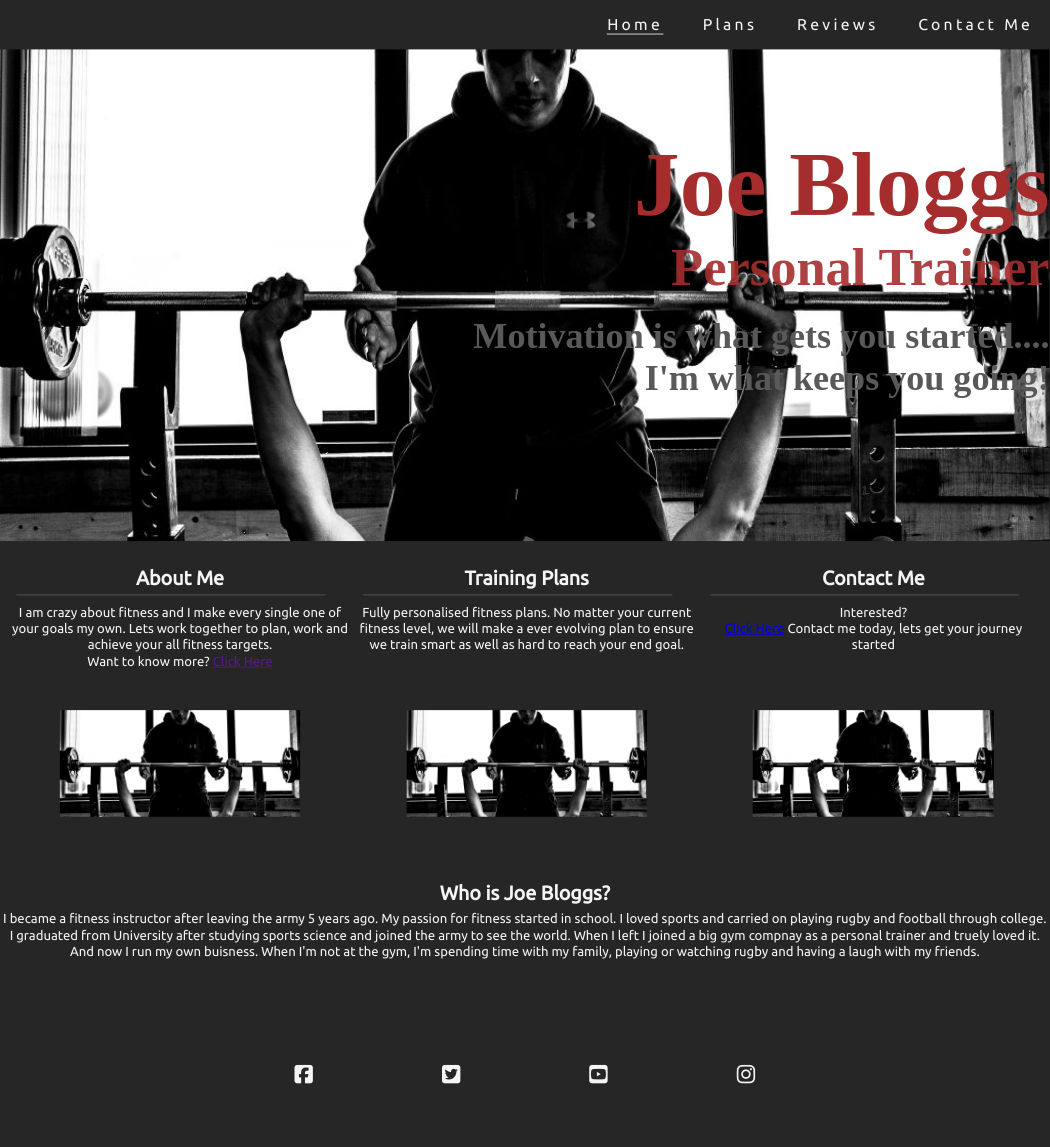
Repository: ClaireRoberts1403/Joe-Bloggs-Personal-Trainer
Page: html/index.html
The author's editor kept a record of every edit. The page is drawn from the files as they stood at one moment, then again after the next edit.
The browser window is 1280 px wide. The pictures show the whole page, at 82% of full size.
Some web fonts or font styles are not loaded; a fallback is used. Some web libraries are served in a nearby version.

Above is the page before.

After the next edit:
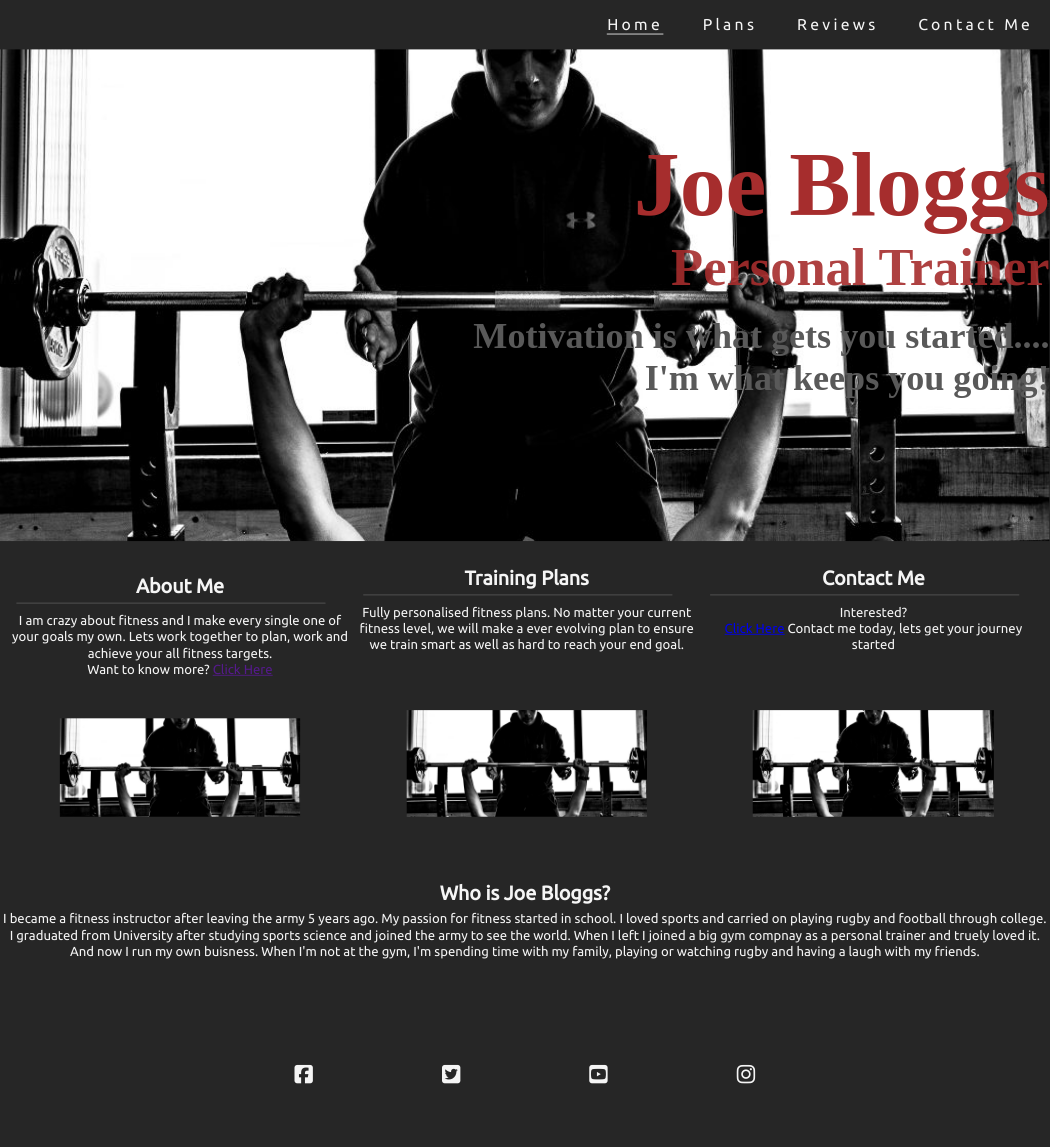
The edit:
--- a/assets/style.css
+++ b/assets/style.css
@@ -147,7 +147,7 @@
 
 .indeximage1 {
     background: url("../images/heroimage.jpg");
-    padding-top: 30px;
+    padding-top: 20px;
     width: 70%;
     height: 100px;
     margin-bottom: 10px;
